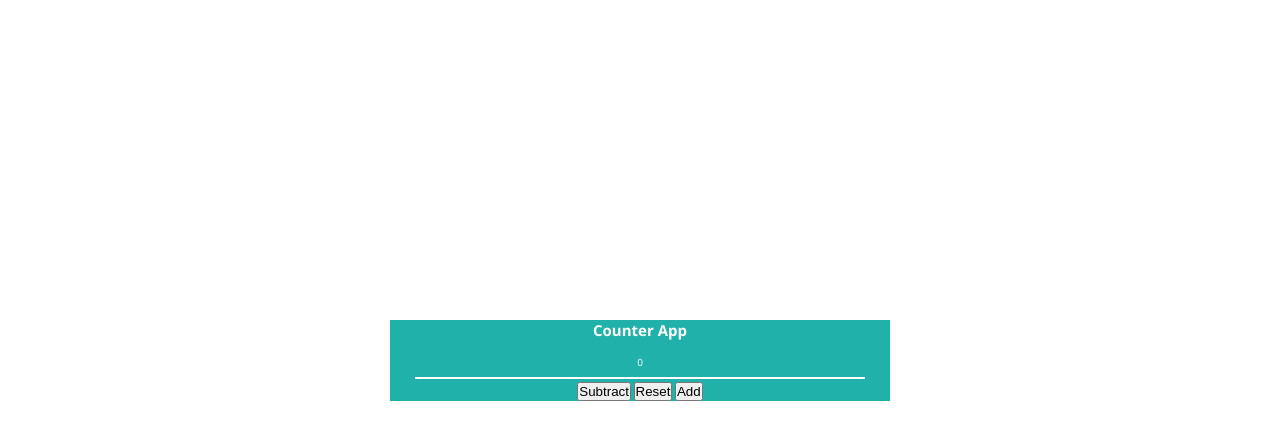
Repository: fakebrianho/100daysJS
Page: day001/index.html
An editor plug-in stored every save of this project. The page is shown before and after the next save, followed by the edit.
The browser window is 1280 px wide. The pictures show the whole page.
Some web libraries are served in a nearby version.

Above is the page before, as saved 2023-03-21 15:09:17.

After the next save:
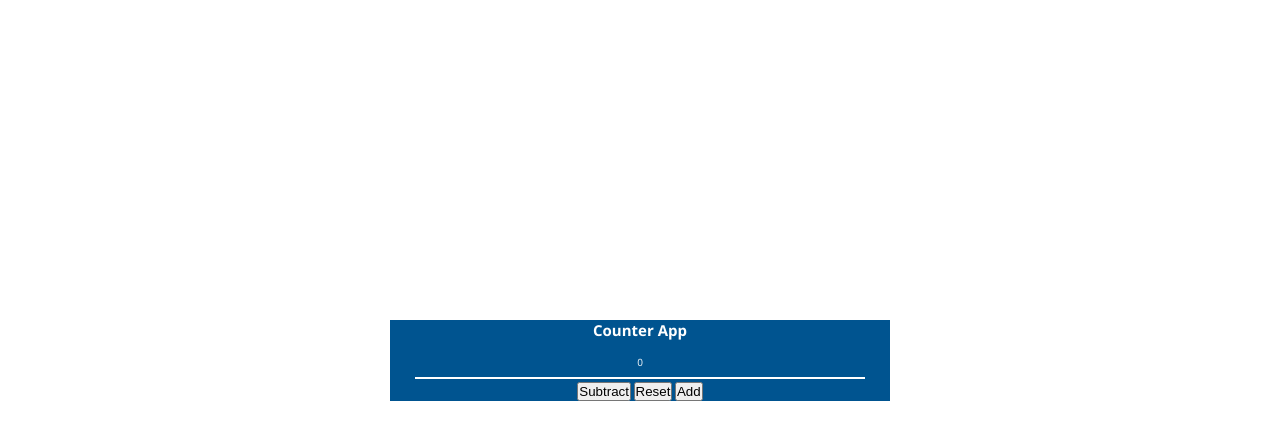
Saved 16 s later.
--- a/day001/styles.css
+++ b/day001/styles.css
@@ -49,7 +49,7 @@ img {
 }
 
 .container {
-	background-color: lightseagreen;
+	background-color: var(--light-blue);
 	color: white;
 	display: flex;
 	justify-content: center;
